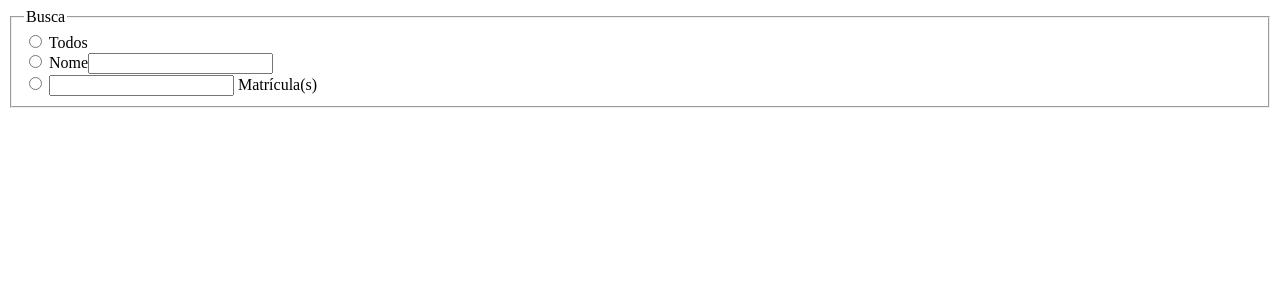
Repository: vandradesa/JavaWeb
Page: javaweb curso/Web2/src/main/webapp/index.html
An editor plug-in stored every save of this project. The page is shown before and after the next save, followed by the edit.
The browser window is 1280 px wide. The pictures show the whole page.

Above is the page before, as saved 2023-03-01 22:46:54.

### javaweb curso/Web2/src/main/webapp/index.html
<!DOCTYPE html>
<html>
<head>
<meta charset="ISO-8859-1">
<title>Insert title here</title>
</head>
<body>


		<fieldset>
		<legend>Busca</legend>
		<div>
		<input type="radio" id="todos" name="todos" value="todos"/>
		<label for="todos" >Todos</label>
		</div>

		<div>
		<input type="radio" id="nomeop" name="nomeop"/> <label for="nomeop" >Nome</label><input type="text" id="nome" name="nome">
		</div>

		<div>
		<input type="radio" id="matriculaop" name="matriculaop"/> <input type="text" id="matricula" name="matricula">
		<label for="matriculaop" >Matrícula(s)</label>
		</div>

		</fieldset>



</body>
</html>

After the next save:
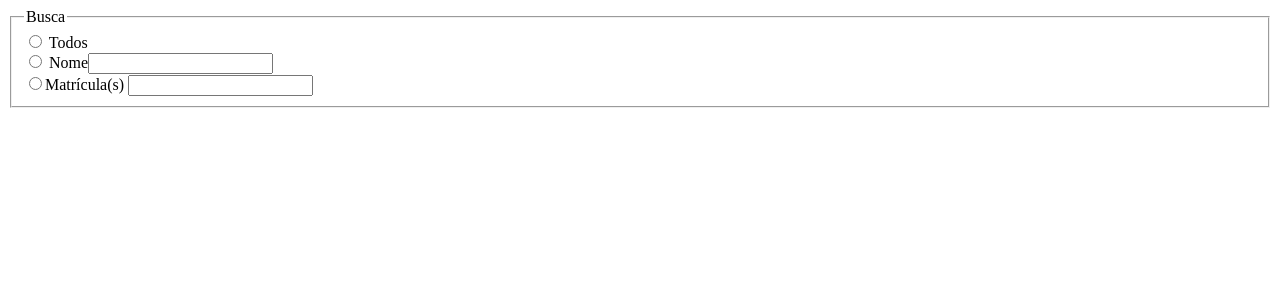
Saved 17 s later.
--- a/javaweb curso/Web2/src/main/webapp/index.html
+++ b/javaweb curso/Web2/src/main/webapp/index.html
@@ -19,8 +19,8 @@
 		</div>
 
 		<div>
-		<input type="radio" id="matriculaop" name="matriculaop"/> <input type="text" id="matricula" name="matricula">
-		<label for="matriculaop" >Matrícula(s)</label>
+		<input type="radio" id="matriculaop" name="matriculaop"/><label for="matriculaop" >Matrícula(s)</label> <input type="text" id="matricula" name="matricula">
+
 		</div>
 
 		</fieldset>
